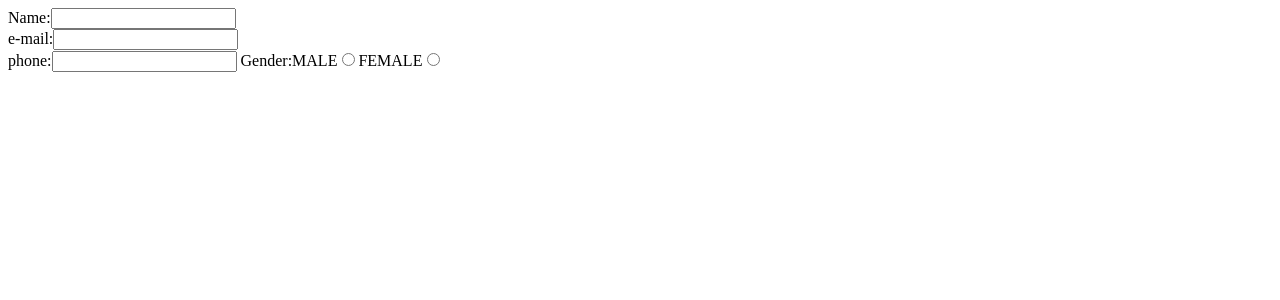
Repository: iamvinayhv/Servlets
Page: Regester/WebContent/reg.html
The author's editor kept a copy of each file at every save. The page is drawn from the files as they stood at one save, then again after the next save.
The browser window is 1280 px wide. The pictures show the whole page.

Above is the page before, as saved 2017-03-03 10:47:32.

After the next save:
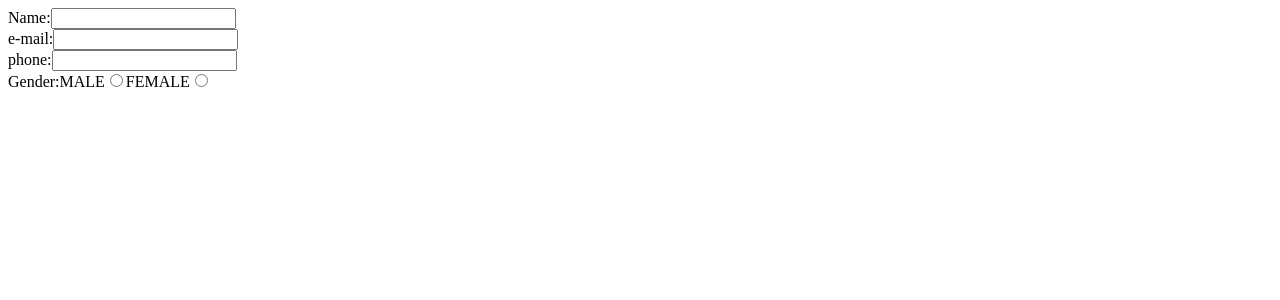
Saved 21 s later.
--- a/Regester/WebContent/reg.html
+++ b/Regester/WebContent/reg.html
@@ -8,8 +8,8 @@
 <form action="data">
 Name:<input type="text"><br/>
 e-mail:<input type="text"><br/>
-phone:<input type="number">
-Gender:MALE<input type="radio" name="gender">FEMALE<input type="radio" name="gender">
+phone:<input type="number"><br/>
+Gender:MALE<input type="radio" name="gender">FEMALE<input type="radio" name="gender"><br/>
 
 </form>
 </body>
